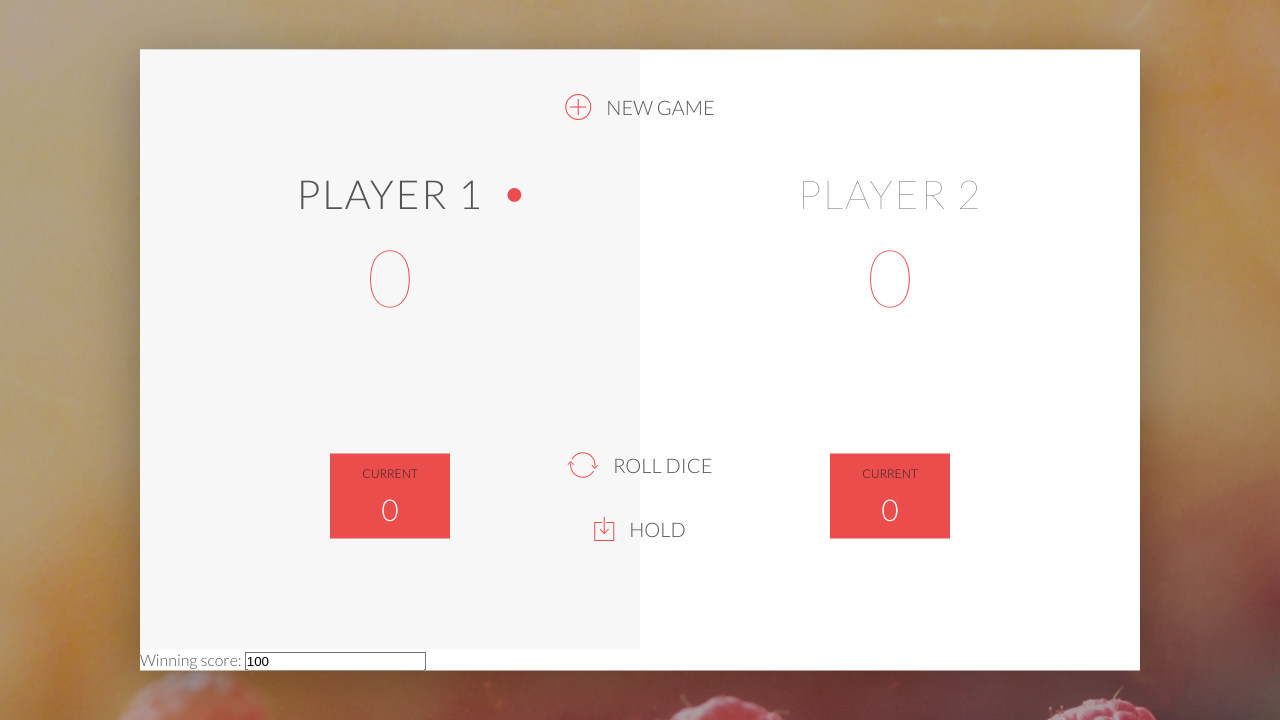
Repository: hexanek/hexanek.github.io
Page: pig-game/index.html
These files come from the project's save history. The page is drawn as it stood at one moment and after the next save; the edit follows.
The browser window is 1280 px wide. The pictures show the whole page.

Above is the page before, as saved 2019-12-19 23:06:56.
Console error: TypeError: Cannot read properties of null (reading 'value')

### pig-game/index.html
<!DOCTYPE html>
<html lang="en">
    <head>
        <meta charset="UTF-8">
        <link href="https://fonts.googleapis.com/css?family=Lato:100,300,600" rel="stylesheet" type="text/css">
        <link href="http://code.ionicframework.com/ionicons/2.0.1/css/ionicons.min.css" rel="stylesheet" type="text/css">
        <link type="text/css" rel="stylesheet" href="style.css">

        <title>Pig Game</title>
    </head>

    <body>
        <div class="wrapper clearfix">
            <div class="player-0-panel active">
                <div class="player-name" id="name-0">Player 1</div>
                <div class="player-score" id="score-0">43</div>
                <div class="player-current-box">
                    <div class="player-current-label">Current</div>
                    <div class="player-current-score" id="current-0">11</div>
                </div>
            </div>

            <div class="player-1-panel">
                <div class="player-name" id="name-1">Player 2</div>
                <div class="player-score" id="score-1">72</div>
                <div class="player-current-box">
                    <div class="player-current-label">Current</div>
                    <div class="player-current-score" id="current-1">0</div>
                </div>
            </div>

            <button class="btn-new"><i class="ion-ios-plus-outline"></i>New game</button>
            <button class="btn-roll"><i class="ion-ios-loop"></i>Roll dice</button>
            <button class="btn-hold"><i class="ion-ios-download-outline"></i>Hold</button>
            <!-- <button class="btn-save" form="formScore"><i class="ion-archive"></i>Save</button> -->
            <!-- <form action="#" class="form-score" id="formScore"> -->
            Winning score: <input class="input-score" type="number" name="WinningScore" id="winScore" value="100">
            <!-- </form> -->
            <img src="dice-5.png" alt="Dice" class="dice">
        </div>

        <script src="app.js"></script>
    </body>
</html>

### pig-game/style.css
/**********************************************
*** GENERAL
**********************************************/

* {
    margin: 0;
    padding: 0;
    box-sizing: border-box;

}

.clearfix::after {
    content: "";
    display: table;
    clear: both;
}

body {
    background-image: linear-gradient(rgba(62, 20, 20, 0.4), rgba(62, 20, 20, 0.4)), url(back.jpg);
    background-size: cover;
    background-position: center;
    font-family: Lato;
    font-weight: 300;
    position: relative;
    height: 100vh;
    color: #555;
}

.wrapper {
    width: 1000px;
    position: absolute;
    top: 50%;
    left: 50%;
    transform: translate(-50%, -50%);
    background-color: #fff;
    box-shadow: 0px 10px 50px rgba(0, 0, 0, 0.3);
    overflow: hidden;
}

.player-0-panel,
.player-1-panel {
    width: 50%;
    float: left;
    height: 600px;
    padding: 100px;
}



/**********************************************
*** PLAYERS
**********************************************/

.player-name {
    font-size: 40px;
    text-align: center;
    text-transform: uppercase;
    letter-spacing: 2px;
    font-weight: 100;
    margin-top: 20px;
    margin-bottom: 10px;
    position: relative;
}

.player-score {
    text-align: center;
    font-size: 80px;
    font-weight: 100;
    color: #EB4D4D;
    margin-bottom: 130px;
}

.active { background-color: #f7f7f7; }
.active .player-name { font-weight: 300; }

.active .player-name::after {
    content: "\2022";
    font-size: 47px;
    position: absolute;
    color: #EB4D4D;
    top: -7px;
    right: 10px;

}

.player-current-box {
    background-color: #EB4D4D;
    color: #fff;
    width: 40%;
    margin: 0 auto;
    padding: 12px;
    text-align: center;
}

.player-current-label {
    text-transform: uppercase;
    margin-bottom: 10px;
    font-size: 12px;
    color: #222;
}

.player-current-score {
    font-size: 30px;
}

button {
    position: absolute;
    width: 200px;
    left: 50%;
    transform: translateX(-50%);
    color: #555;
    background: none;
    border: none;
    font-family: Lato;
    font-size: 20px;
    text-transform: uppercase;
    cursor: pointer;
    font-weight: 300;
    transition: background-color 0.3s, color 0.3s;
}


button:hover { font-weight: 600; }
button:hover i { margin-right: 20px; }

button:focus {
    outline: none;
}

i {
    color: #EB4D4D;
    display: inline-block;
    margin-right: 15px;
    font-size: 32px;
    line-height: 1;
    vertical-align: text-top;
    margin-top: -4px;
    transition: margin 0.3s;
}

.btn-new { top: 45px;}
.btn-roll { top: 403px;}
.btn-hold { top: 467px;}
.btn-save {
    left: 90%;
    top: 45px;
}
/* .input-score {
     top: 83px;
     position: absolute;
    width: 53px;
    left: 50%;
    transform: translateX(-50%);
    color: #555;
    background: none;
    border-radius: 5px;
    font-family: Lato;
    font-size: 20px;
    text-transform: uppercase;
    cursor: default;
    font-weight: 300;
    transition: background-color 0.3s, color 0.3s;
    } */
.input:focus{
    border: 3px solid #555;
}
.form-score{
    top: 45px;
     position: absolute;
    width: 240px;
    left: 73%;
    transform: translateX(-50%);
    color: #555;
    background: none;
    border-radius: 5px;
    font-family: Lato;
    font-size: 20px;
    text-transform: uppercase;
    cursor: default;
    font-weight: 300;
    transition: background-color 0.3s, color 0.3s;
}
.form-score input {
    text-align: center;
    width: 53px;
    color: #555;
    background: none;
    border-radius: 5px;
    font-family: Lato;
    font-size: 20px;
    text-transform: uppercase;
    cursor: default;
    font-weight: 300;
    transition: background-color 0.3s, color 0.3s;
}

.dice {
    position: absolute;
    left: 50%;
    top: 178px;
    transform: translateX(-50%);
    height: 100px;
    box-shadow: 0px 10px 60px rgba(0, 0, 0, 0.10);
}

.winner { background-color: #f7f7f7; }
.winner .player-name { font-weight: 300; color: #EB4D4D; }

### pig-game/app.js

var scores, roundScore, activePlayer, gamePlaying, doubleSix, winScore;
    init();



document.querySelector('.btn-roll').addEventListener('click', function(){
    if(gamePlaying){
    var dice = Math.floor(Math.random() * 6) + 1;


    var diceDom = document.querySelector('.dice');
    diceDom.style.display = 'block';
    diceDom.src = 'dice-' + dice + '.png';

    if (dice !== 1 && doubleSix !== dice) {

        doubleSix = dice;
        roundScore += dice;
        document.querySelector('#current-' + activePlayer).textContent = roundScore;

    } else {

        nextPlayer();
        doubleSix = 0;

    }


}


});




document.querySelector('.btn-hold').addEventListener('click', function(){
    if(gamePlaying){
    scores[activePlayer] += roundScore;
    document.querySelector('#score-' + activePlayer).textContent = scores[activePlayer];
    doubleSix = 0;


    if (scores[activePlayer] >= 100) {
        document.getElementById('name-' + activePlayer).textContent = 'Winner!';
        document.querySelector('.player-'+activePlayer+ '-panel').classList.add('winner');
        document.querySelector('.player-'+activePlayer+ '-panel').classList.remove('active');
        document.querySelector('.dice').style.display = 'none';
        gamePlaying = false;


    } else {
        nextPlayer();

    }
}
});

document.querySelector('.btn-new').addEventListener('click',  init);


function nextPlayer(){
    activePlayer === 0 ? activePlayer = 1 : activePlayer = 0;
        roundScore = 0;
        document.getElementById('current-0').textContent = '0';
        document.getElementById('current-1').textContent = '0';

        document.querySelector('.player-0-panel').classList.toggle('active');
        document.querySelector('.player-1-panel').classList.toggle('active');

        document.querySelector('.dice').style.display = 'none';
}

function init(){
    scores = [0,0];
    roundScore = 0;
    activePlayer = 0;
    gamePlaying = true;

    document.querySelector('.dice').style.display = 'none';

    //document.querySelector('#current-'+ activePlayer).textContent = dice;
    document.getElementById('score-0').textContent = '0';
    document.getElementById('score-1').textContent = '0';
    document.getElementById('current-0').textContent = '0';
    document.getElementById('current-1').textContent = '0';
    document.getElementById('name-0').textContent = 'Player 1';
    document.getElementById('name-1').textContent = 'Player 2';
    document.querySelector('.player-0-panel').classList.remove('winner');
    document.querySelector('.player-1-panel').classList.remove('winner');
    document.querySelector('.player-0-panel').classList.remove('active');
    document.querySelector('.player-1-panel').classList.remove('active');
    document.querySelector('.player-0-panel').classList.add('active');
    console.log(document.getElementById('input-score').value);

}

After the next save:
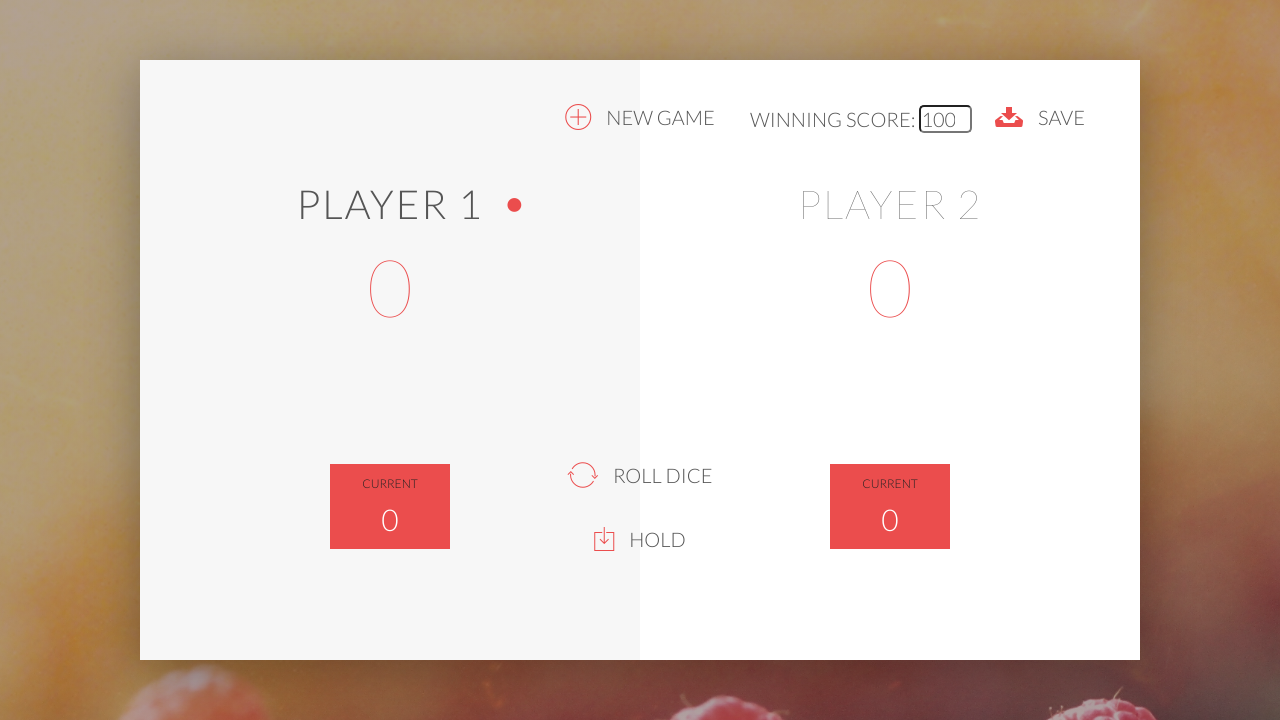
Saved 12 s later.
--- a/pig-game/index.html
+++ b/pig-game/index.html
@@ -32,10 +32,10 @@
             <button class="btn-new"><i class="ion-ios-plus-outline"></i>New game</button>
             <button class="btn-roll"><i class="ion-ios-loop"></i>Roll dice</button>
             <button class="btn-hold"><i class="ion-ios-download-outline"></i>Hold</button>
-            <!-- <button class="btn-save" form="formScore"><i class="ion-archive"></i>Save</button> -->
-            <!-- <form action="#" class="form-score" id="formScore"> -->
+            <button class="btn-save" form="formScore"><i class="ion-archive"></i>Save</button>
+            <form action="#" class="form-score" id="formScore">
             Winning score: <input class="input-score" type="number" name="WinningScore" id="winScore" value="100">
-            <!-- </form> -->
+            </form>
             <img src="dice-5.png" alt="Dice" class="dice">
         </div>
 
